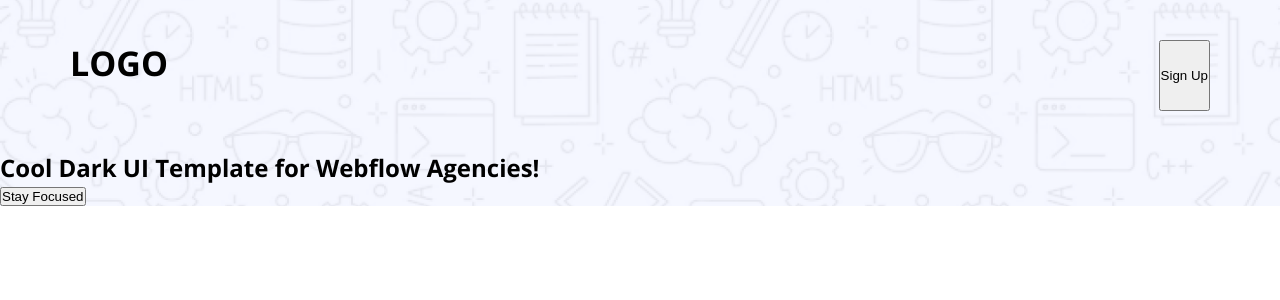
Repository: nahid-hasann/website-3
Page: index.html
An editor plug-in stored every save of this project. The page is shown before and after the next save, followed by the edit.
The browser window is 1280 px wide. The pictures show the whole page.

Above is the page before, as saved 2025-07-10 19:21:29.

### index.html
<!DOCTYPE html>
<html lang="en">
<head>
    <meta charset="UTF-8">
    <meta name="viewport" content="width=device-width, initial-scale=10">
    <title>MH NaHid</title>
    <link rel="preconnect" href="https://fonts.googleapis.com">
<link rel="preconnect" href="https://fonts.gstatic.com" crossorigin>
<link href="https://fonts.googleapis.com/css2?family=Open+Sans:ital,wght@0,300..800;1,300..800&family=Raleway:ital,wght@0,100..900;1,100..900&display=swap" rel="stylesheet">
<link rel="stylesheet" href="style.css">
</head>
<body class="open-sans-normal">


<header class="header-section">
      <section class="section-1">
       <h1 style="font-size: 34px; color: ;">LOGO</h1>
       <button class="btn">Sign Up</button>
      </section>

      <section class="section-2">
        <h1>Cool Dark UI Template for Webflow Agencies!</h1>
        <button class="btn">Stay Focused</button>
      </section>


</header>





</body>
</html>

### style.css
*{
    margin: 0;
    padding: 0;
    box-sizing: border-box;
}


.open-sans-normal {
  font-family: "Open Sans", sans-serif;
  font-optical-sizing: auto;
  font-style: normal;
  font-variation-settings:
    "wdth" 100;
}

.header-section{
    background-image: url('Assets/Hero-bg.png');
    background-repeat: no-repeat;
    background-position: center;
    background-size: cover;
}

.section-1{
    display: flex;
    justify-content: space-between;
    padding: 40px 0;
    width: 1140px;
    margin: auto;
    height: 151px;
}

After the next save:
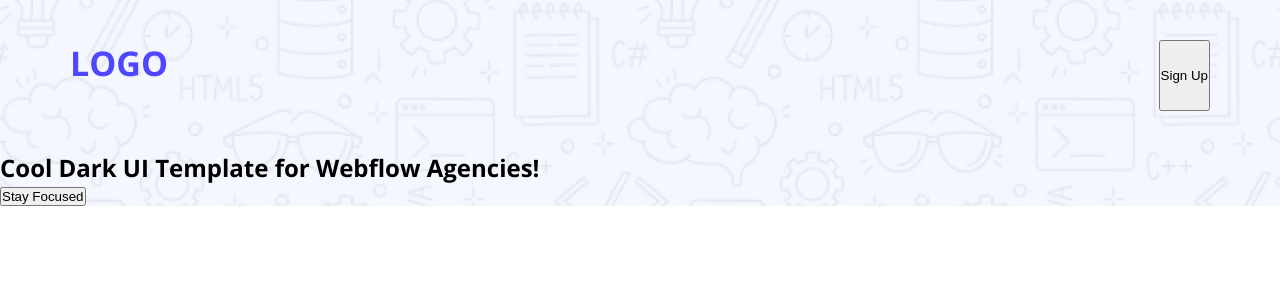
Saved 12 s later.
--- a/index.html
+++ b/index.html
@@ -14,7 +14,7 @@
 
 <header class="header-section">
       <section class="section-1">
-       <h1 style="font-size: 34px; color: ;">LOGO</h1>
+       <h1 style="font-size: 34px; color: #4e47ff;">LOGO</h1>
        <button class="btn">Sign Up</button>
       </section>
 
